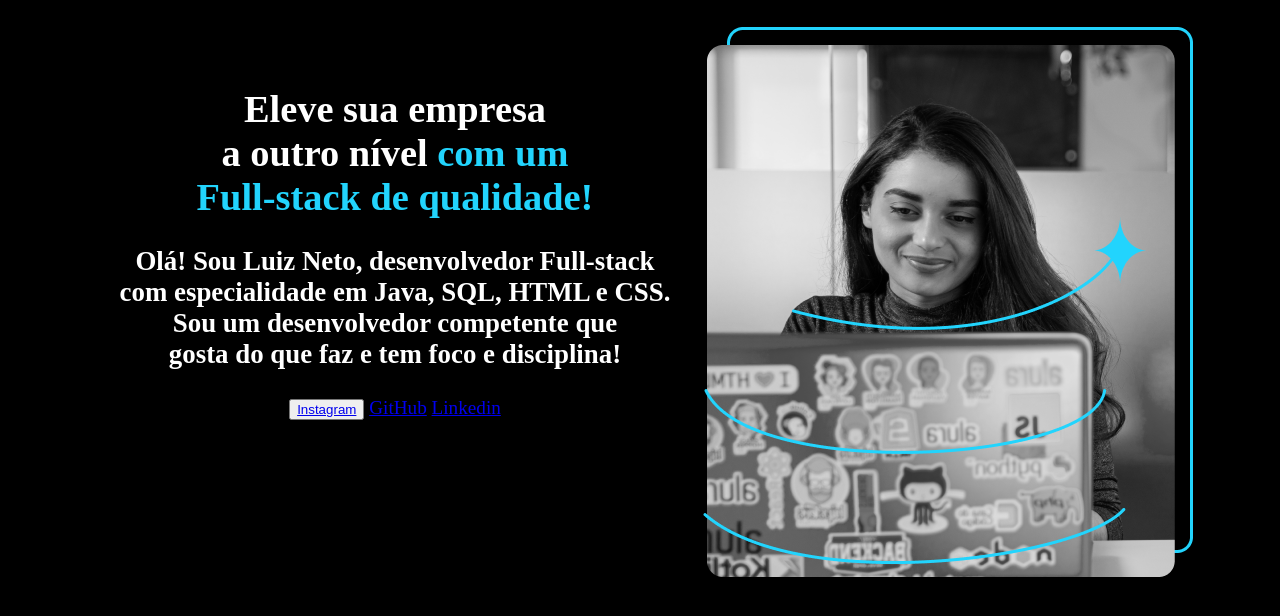
Repository: luiz123098/Sobre-mim-em-HTM-CSS
Page: htmlcss.html
These files come from the project's save history. The page is drawn as it stood at one moment and after the next save; the edit follows.
The browser window is 1280 px wide. The pictures show the whole page.

Above is the page before, as saved 2023-03-08 14:33:38.

After the next save:
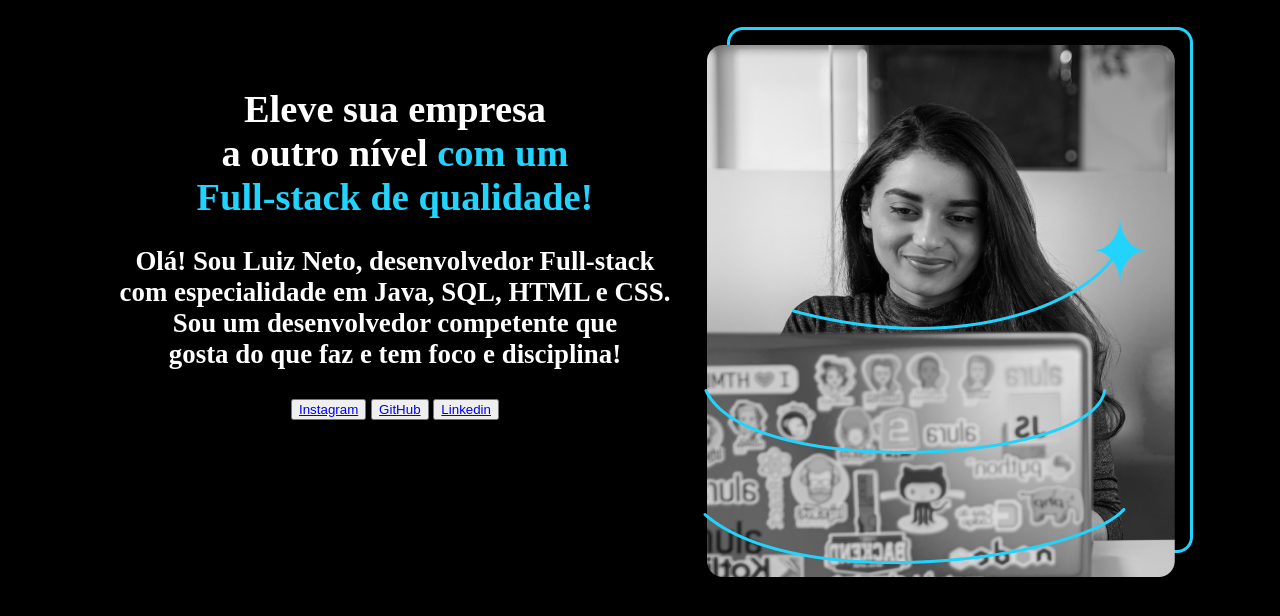
Saved 68 s later.
--- a/htmlcss.html
+++ b/htmlcss.html
@@ -26,14 +26,16 @@
                         Sou um desenvolvedor competente que<br>
                         gosta do que faz e tem foco e disciplina!
                     </p>
-                </h1><button>
-                <a href="https://www.instagram.com/luiz.alencar2/">
-                    Instagram</a>
+                </h1>
+                <button>
+                    <a href="https://www.instagram.com/luiz.alencar2/">Instagram</a>
                 </button>
-                <a href="https://github.com/luiz123098">
-                    GitHub</a>
-                <a href="https://www.linkedin.com/in/luiz-neto-alencar-b843651a9/">
-                    Linkedin</a>
+                <button>
+                    <a href="https://github.com/luiz123098">GitHub</a>
+                </button>
+                <button>
+                    <a href="https://www.linkedin.com/in/luiz-neto-alencar-b843651a9/">Linkedin</a>
+                </button>
             </div>
             <p class="segunda_box">
                 <img src="Imagem.png" alt="Não foi possivel encontrar a imagem"><br>
